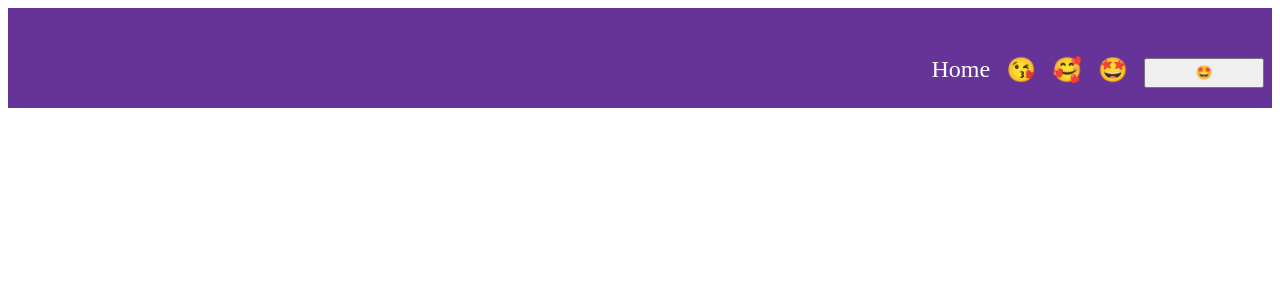
Repository: ramtoppo12/NavBar-Using-FlexBox
Page: Navbar.htm
These files come from the project's save history. The page is drawn as it stood at one moment and after the next save; the edit follows.
The browser window is 1280 px wide. The pictures show the whole page.

Above is the page before, as saved 2020-12-12 23:32:17.

After the next save:
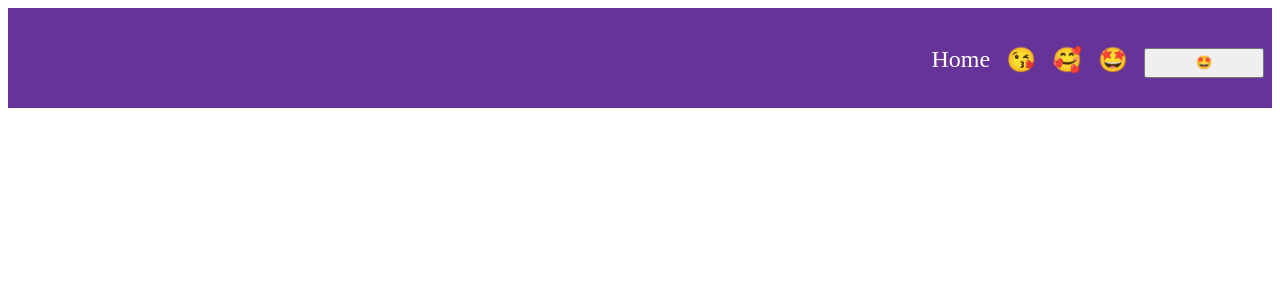
Saved 9 s later.
--- a/navbar.css
+++ b/navbar.css
@@ -14,7 +14,7 @@
   cursor: pointer;
   padding: 0.5rem;
   color: #fff;
-  margin: 40px 0;
+  margin: 30px 0;
 }
 nav ul li:hover {
   background-color: #555;
